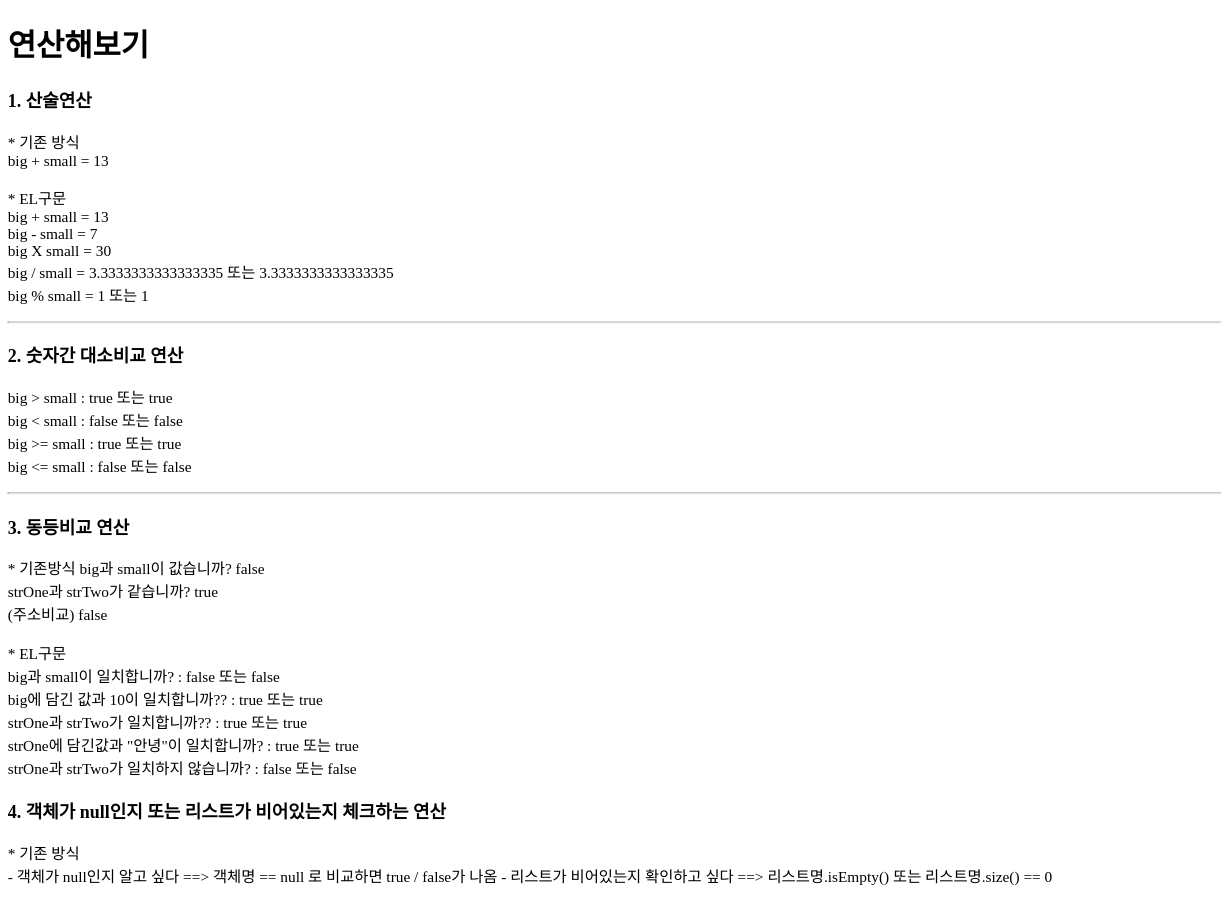
Repository: judeyong/myWebWorkSpace2
Page: http://localhost/Action_Project/operation.do
The author's editor kept a copy of each file at every save. The page is drawn from the files as they stood at one save, then again after the next save.
The browser window is 1280 px wide. The pictures show the whole page, at 96% of full size.
The page is served by Tomcat 9. Other server files are loaded and not shown.

Above is the page before, as saved 2024-04-03 02:39:33.

### Action_Project/WebContent/views/02_elOperation.jsp
<%@ page language="java" contentType="text/html; charset=UTF-8"
    pageEncoding="UTF-8"%>
<!DOCTYPE html>
<html>
<head>
<meta charset="UTF-8">
<title>Insert title here</title>
</head>
<body>

	<h1>연산해보기</h1>
	<h3>1. 산술연산</h3>

	<p>
		* 기존 방식 <br>
		big + small = <%= (int)request.getAttribute("big") + (int)request.getAttribute("small") %>
	</p>

	<p>
		* EL구문<br>
		big + small = ${ big + small } <br>
		big - small = ${ big - small } <br>
		big X small = ${ big * small } <br>
		big / small = ${ big / small } 또는 ${ big div small }<br>
		big % small = ${ big % small } 또는 ${ big mod small }<br>
	</p>

	<hr>

	<h3>2. 숫자간 대소비교 연산</h3>

	<p>
		big &gt; small : ${ big > small } 또는 ${ big gt small } <br>
		big &lt; small : ${ big < small } 또는 ${ gib lt small } <br>
		big &gt;= small : ${ big >= small } 또는 ${ big ge small } <br>
		big &lt;= small : ${ big <= small } 또는 ${ big le small } <br>
	</p>

	<hr>

	<h3>3. 동등비교 연산</h3>

	<p>
		* 기존방식
		big과 small이 값습니까?
		<%= (int)request.getAttribute("big") == (int)request.getAttribute("small") %> <br>
		strOne과 strTwo가 같습니까?
		<%= ((String)request.getAttribute("strOne")).equals((String)request.getAttribute("strTwo")) %> <br>
		(주소비교)
		<%= (String)request.getAttribute("strOne") == (String)request.getAttribute("strTwo") %> <br>
	</p>

	<p>
		* EL구문 <br>
		big과 small이 일치합니까? : ${ big == small } 또는 ${ big eq small }<br>
		big에 담긴 값과 10이 일치합니까??  : ${ big == 10 } 또는 ${ big eq 10 }<br>
		strOne과 strTwo가 일치합니까?? : ${ strOne == strTwo } 또는 ${ strOne eq strTwo } <br>
		<!-- EL에서의 문자열의 == 비교는 자바에서의 equals() 와 같은 동작을 함 -->
		strOne에 담긴값과 "안녕"이 일치합니까? : ${ strOne == "안녕" } 또는 ${ strOne == '안녕' } <br>
		<!-- EL에서의 문자열 리터럴 비교 시 쌍따옴표 / 홑따옴표 둘다 사용 가능 -->
		strOne과 strTwo가 일치하지 않습니까? : ${ strOne != strTwo } 또는 ${ strOne ne strTwo } <br>
		<!-- ne : not equals -->
	</p>

	<h3>4. 객체가 null인지 또는 리스트가 비어있는지 체크하는 연산</h3>

	<p>
		* 기존 방식 <br>
		- 객체가 null인지 알고 싶다 ==> 객체명 == null 로 비교하면 true / false가 나옴
		- 리스트가 비어있는지 확인하고 싶다 ==> 리스트명.isEmpty() 또는 리스트명.size() == 0


	</p>

























</body>
</html>

### Action_Project/src/com/kh/controller/OperationServlet.java
package com.kh.controller;

import java.io.IOException;
import java.util.ArrayList;

import javax.servlet.ServletException;
import javax.servlet.annotation.WebServlet;
import javax.servlet.http.HttpServlet;
import javax.servlet.http.HttpServletRequest;
import javax.servlet.http.HttpServletResponse;

import com.kh.model.vo.Person;

/**
 * Servlet implementation class OperationServlet
 */
@WebServlet("/operation.do")
public class OperationServlet extends HttpServlet {
	private static final long serialVersionUID = 1L;

    /**
     * @see HttpServlet#HttpServlet()
     */
    public OperationServlet() {
        super();
        // TODO Auto-generated constructor stub
    }

	/**
	 * @see HttpServlet#doGet(HttpServletRequest request, HttpServletResponse response)
	 */
	protected void doGet(HttpServletRequest request, HttpServletResponse response) throws ServletException, IOException {

		// 테스트 할 수 있는 값 넘기기
		request.setAttribute("big", 10);
		request.setAttribute("small", 3);

		request.setAttribute("strOne", "안녕");
		request.setAttribute("strTwo", new String("안녕"));

		request.setAttribute("personOne", new Person("홍길동", 15, "한양"));
		request.setAttribute("personTwo", null);

		ArrayList<String> list1 = new ArrayList();
		request.setAttribute("listOne", list1);

		ArrayList<String> list2 = new ArrayList();
		list2.add("ㅎㅇ");
		request.setAttribute("listTwo", list2);

		// 일단 여기까지 requestScope에 총 8개의 값을 담았음
		request.getRequestDispatcher("views/02_elOperation.jsp").forward(request, response);

	}

	/**
	 * @see HttpServlet#doPost(HttpServletRequest request, HttpServletResponse response)
	 */
	protected void doPost(HttpServletRequest request, HttpServletResponse response) throws ServletException, IOException {
		// TODO Auto-generated method stub
		doGet(request, response);
	}

}

### Action_Project/src/com/kh/model/vo/Person.java
package com.kh.model.vo;

public class Person {

	private String name;
	private int age;
	private String address;

	public Person() {
		super();
	}

	public Person(String name, int age, String address) {
		super();
		this.name = name;
		this.age = age;
		this.address = address;
	}

	public String getName() {
		return name;
	}

	public void setName(String name) {
		this.name = name;
	}

	public int getAge() {
		return age;
	}

	public void setAge(int age) {
		this.age = age;
	}

	public String getAddress() {
		return address;
	}

	public void setAddress(String address) {
		this.address = address;
	}

	@Override
	public String toString() {
		return "Person [name=" + name + ", age=" + age + ", address=" + address + "]";
	}

}

After the next save:
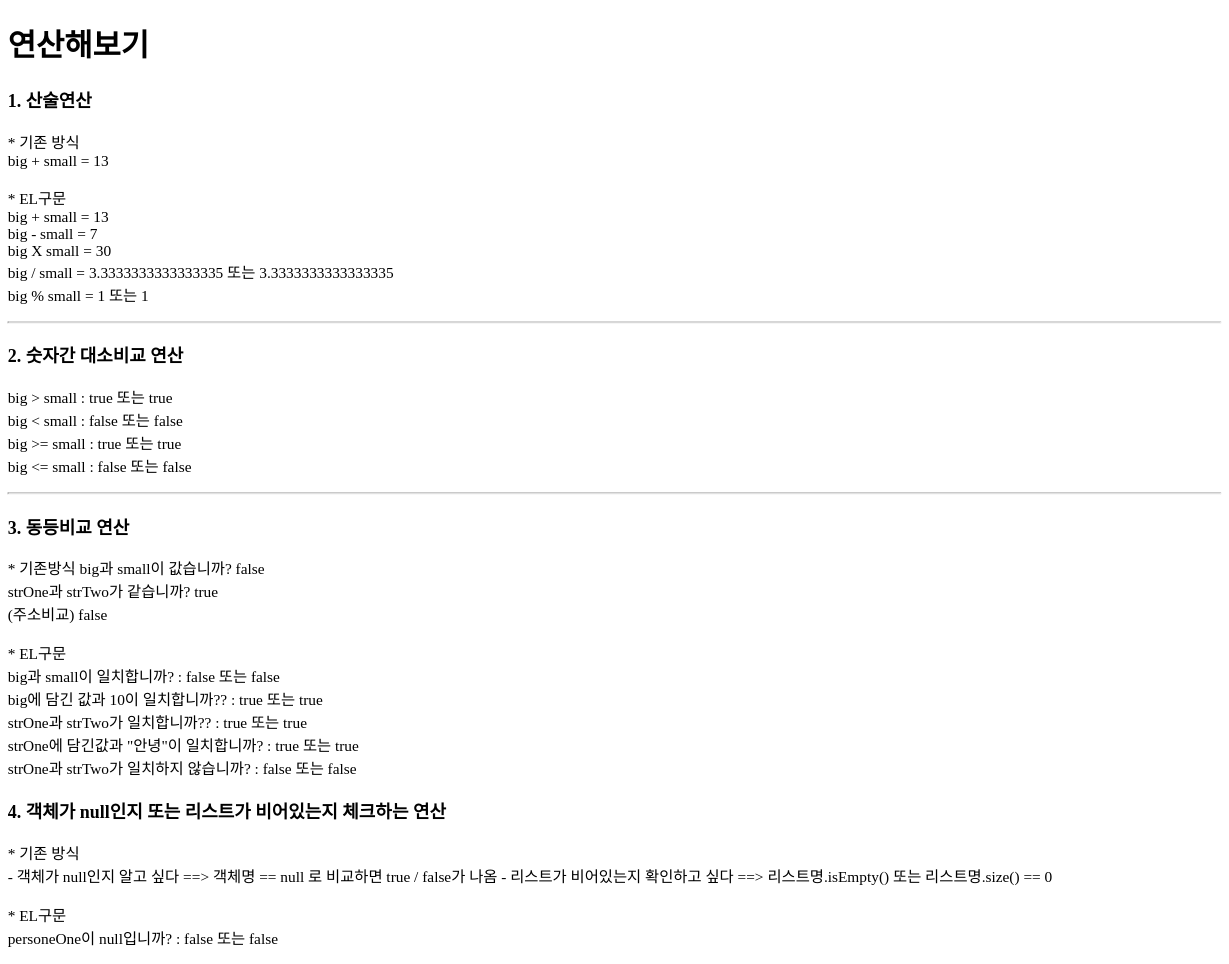
Saved 66 s later.
--- a/Action_Project/WebContent/views/02_elOperation.jsp
+++ b/Action_Project/WebContent/views/02_elOperation.jsp
@@ -68,7 +68,11 @@
 		* 기존 방식 <br>
 		- 객체가 null인지 알고 싶다 ==> 객체명 == null 로 비교하면 true / false가 나옴
 		- 리스트가 비어있는지 확인하고 싶다 ==> 리스트명.isEmpty() 또는 리스트명.size() == 0
+	</p>
 
+	<p>
+		* EL구문 <br>
+		personeOne이 null입니까? : ${ personOne == null } 또는 ${ personOne eq null }
 
 	</p>
 
